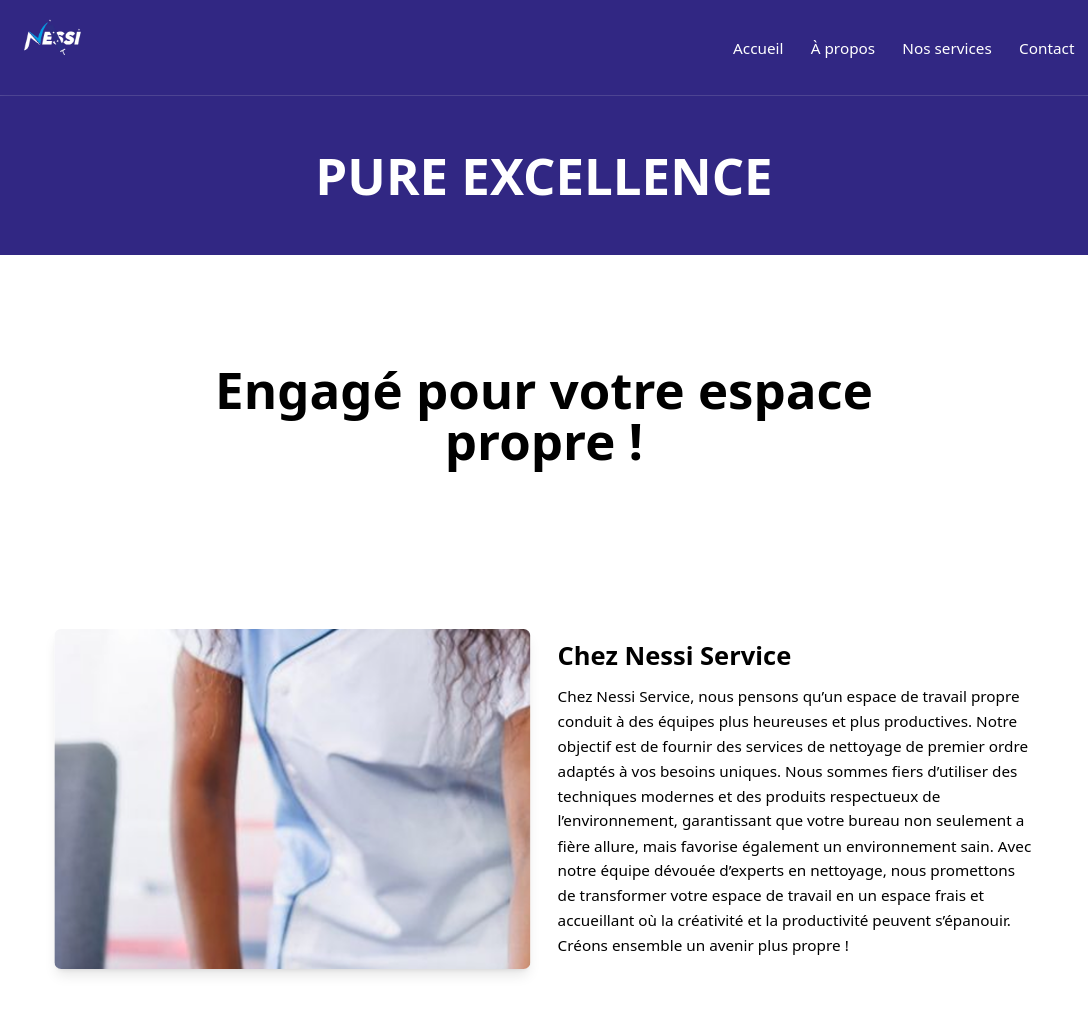
Repository: MDiouf9/Nessi
Page: /About
An editor plug-in stored every save of this project. The page is shown before and after a run of saves, followed by the edit.
The browser window is 1280 px wide. The pictures show the whole page, at 85% of full size.
The project was rebuilt for these pictures with package versions that can differ from the ones it lists, and the page was loaded fresh each time. Also part of the build but not shown: vite.config.js, src/Global.css, src/App.css, src/components/Footer.jsx, src/Pages/Home.jsx, src/Pages/NotFound.jsx, src/components/Countries.jsx, src/Pages/Services.jsx and 1 more.

Above is the page before, as saved 2025-03-10 18:09:36.

After the next 2 saves:
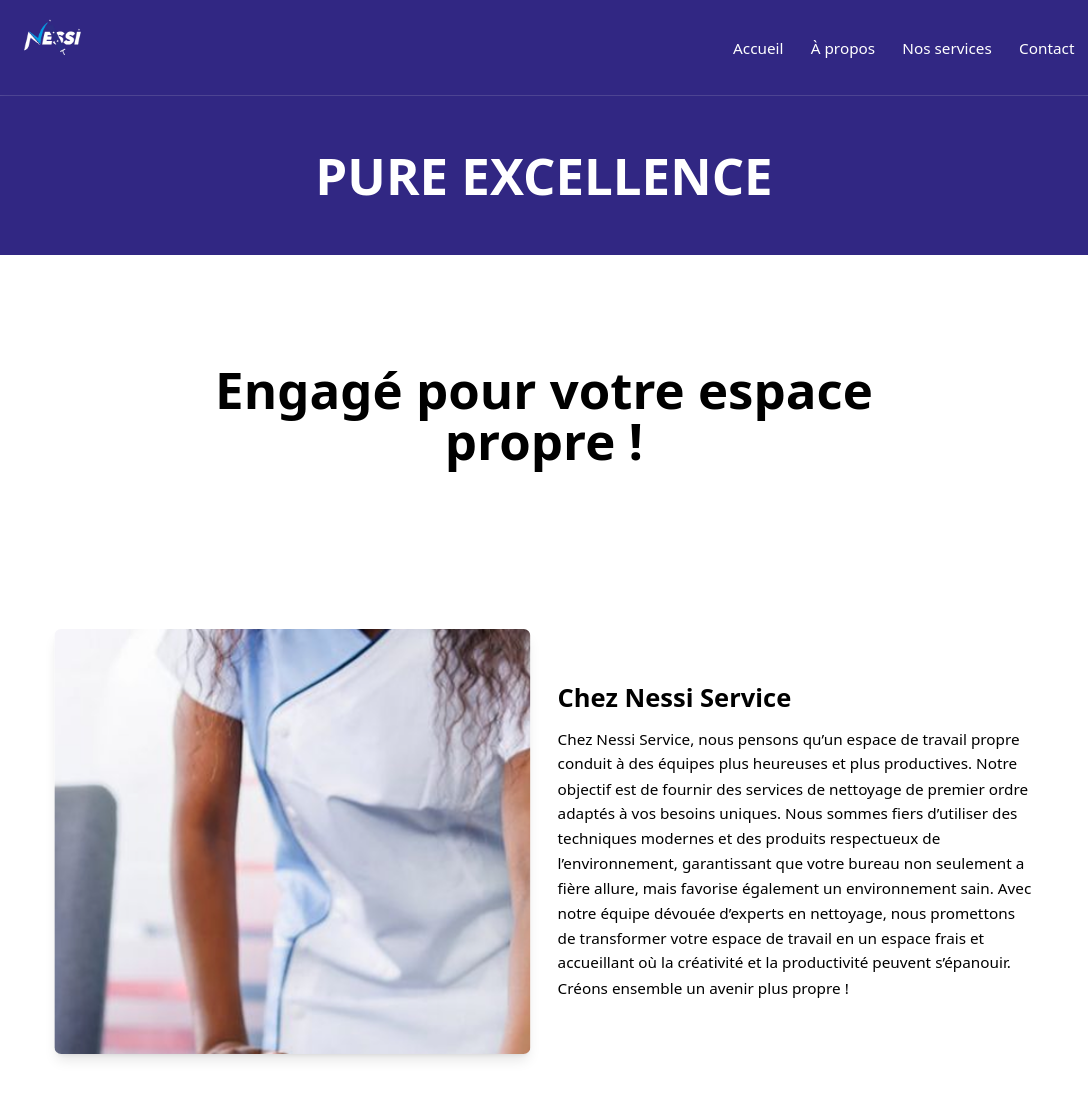
The 2 saves are shown as one change because they came seconds apart.
The last was saved 41 s later.
--- a/src/components/Sectionlesft.jsx
+++ b/src/components/Sectionlesft.jsx
@@ -4,7 +4,7 @@ const SectionWithImage = ({ imageSrc, altText, title, content }) => {
         <div className="container mx-auto flex flex-col md:flex-row items-center gap-8">
           {/* Image à gauche */}
           <div className="md:w-1/2 flex justify-center items-center">
-            <img src={imageSrc} alt={altText} className="w-full h-full max-h-[400px] object-cover  rounded-lg shadow-lg" />
+            <img src={imageSrc} alt={altText} className="w-full h-full max-h-[500px] object-cover  rounded-lg shadow-lg" />
           </div>
 
           {/* Texte à droite */}
